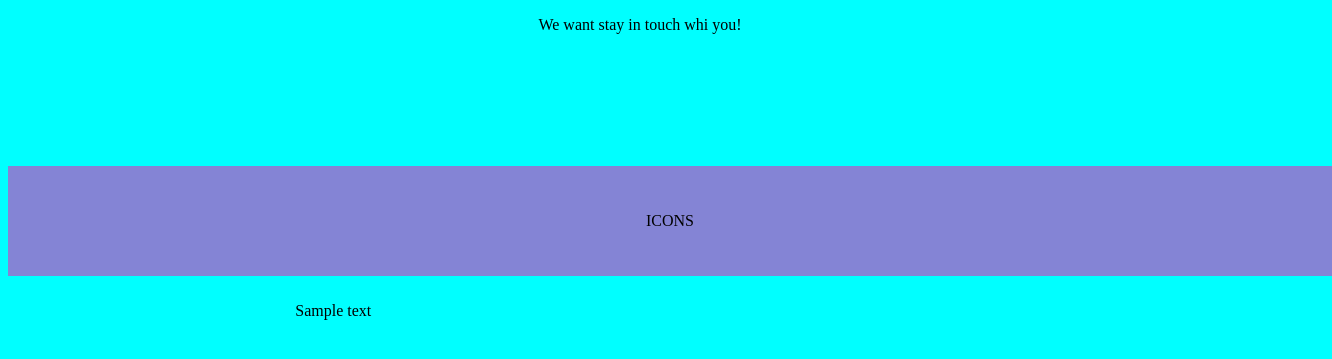
Repository: JhonMercedes/profile
Page: index.html
An editor plug-in stored every save of this project. The page is shown before and after the next save, followed by the edit.
The browser window is 1280 px wide. The page is 1332 px wide, then 1280 px, then 1332 px, so the pictures cover 1332 px, including what lies to the right of the window. The pictures show the whole page.

Above is the page before, as saved 2021-12-08 02:06:33.

### index.html
<!DOCTYPE html>
<html lang="en">
<head>
    <meta charset="UTF-8">
    <meta http-equiv="X-UA-Compatible" content="IE=edge">
    <meta name="viewport" content="width=device-width, initial-scale=1.0">
    <link rel="stylesheet" href="style.css">
    <title>J.A</title>
</head>
<body>

    <div class="container">
        <p>We want stay in touch whi you!</p>
    </div>
    <div class="container2">
        <p>ICONS</p>
    </div>
    <div class="container3">
        <p>Sample text</p>
    </div>

</body>
</html>

### style.css
body {
    background: aqua;
}

.container {
    width: 100%;
    height: 150px;
    text-align: center;
}

.container2 {
    background-color: rgb(132, 132, 213);
    width: 100%;
    padding: 30px;
    text-align: center;
}

.container3 {
    text-align: center;
    width: 600px;
    padding: 10px 2%;

}

After the next save:
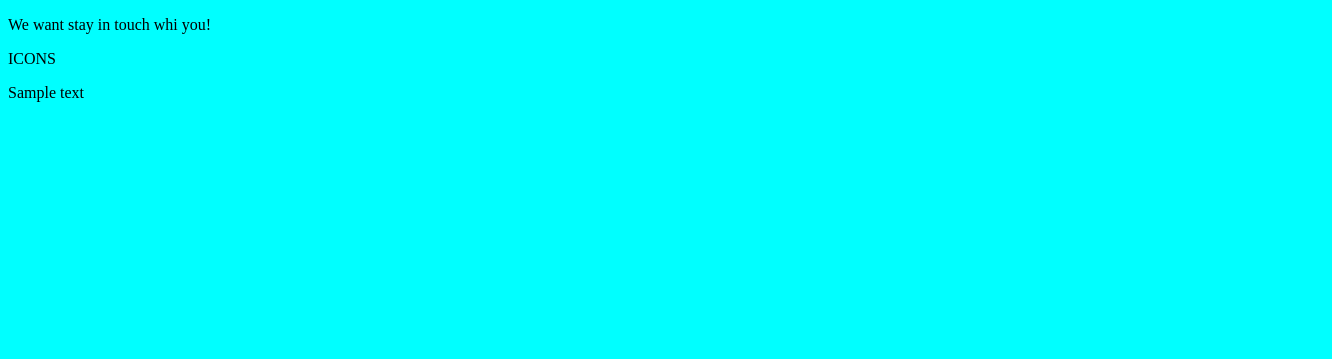
Saved 50 s later.
--- a/index.html
+++ b/index.html
@@ -9,13 +9,13 @@
 </head>
 <body>
 
-    <div class="container">
+    <div id="container">
         <p>We want stay in touch whi you!</p>
     </div>
-    <div class="container2">
+    <div id="container2">
         <p>ICONS</p>
     </div>
-    <div class="container3">
+    <div id="container3">
         <p>Sample text</p>
     </div>
 

After the save that followed:
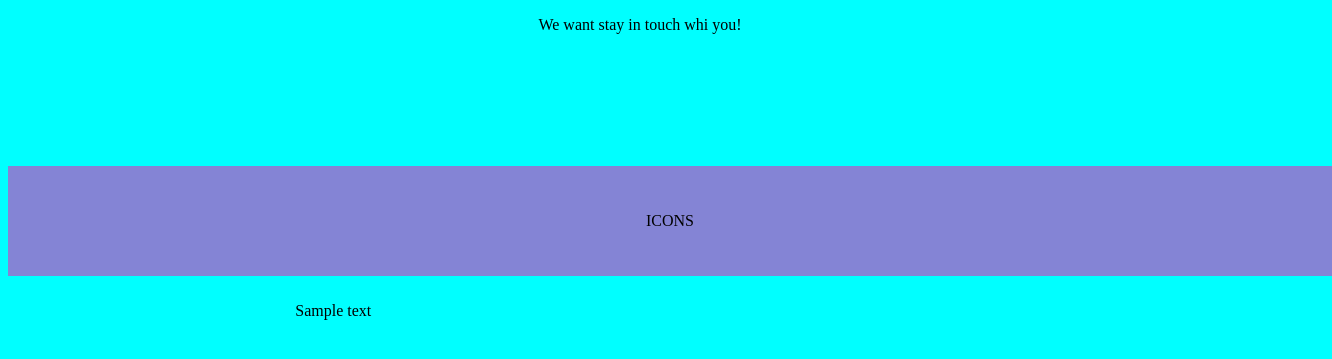
Saved 11 s later.
--- a/style.css
+++ b/style.css
@@ -2,20 +2,20 @@
     background: aqua;
 }
 
-.container {
+#container {
     width: 100%;
     height: 150px;
     text-align: center;
 }
 
-.container2 {
+#container2 {
     background-color: rgb(132, 132, 213);
     width: 100%;
     padding: 30px;
     text-align: center;
 }
 
-.container3 {
+#container3 {
     text-align: center;
     width: 600px;
     padding: 10px 2%;
